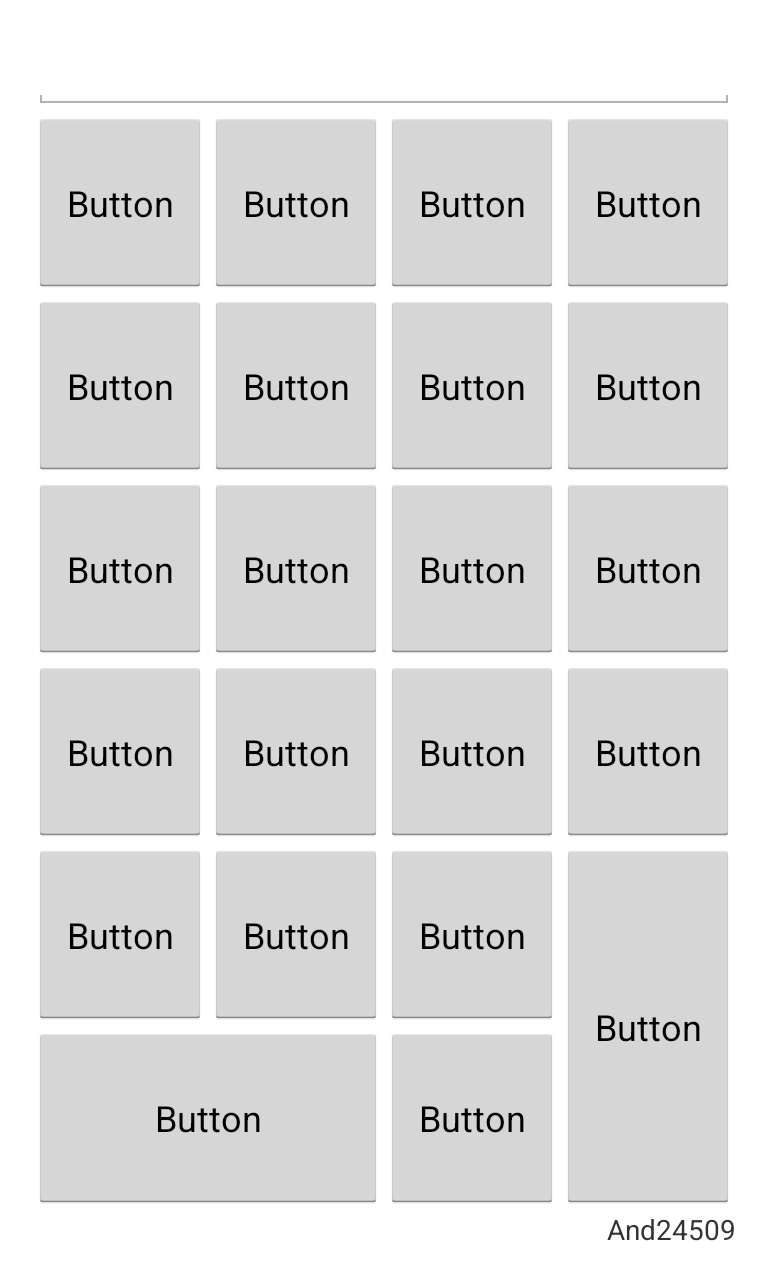
Repository: ericluo1123/myAndroidCode
Layout: myHomeWork/res/layout/activity_main.xml
An editor plug-in stored every save of this project. The layout is shown before and after the next save, followed by the edit.
It is drawn on a 768 x 1280 px phone screen (xhdpi) without system bars, with theme AppTheme; the app's code is not run.

Above is the layout before, as saved 2014-09-30 00:23:35.

### myHomeWork/res/layout/activity_main.xml
<RelativeLayout xmlns:android="http://schemas.android.com/apk/res/android"
    xmlns:tools="http://schemas.android.com/tools"
    android:id="@+id/RelativeLayout1"
    android:layout_width="match_parent"
    android:layout_height="match_parent"
    android:gravity="top"
    android:orientation="vertical"
    android:padding="@dimen/activity_vertical_margin"
    android:paddingBottom="@dimen/activity_vertical_margin"
    android:paddingLeft="@dimen/activity_horizontal_margin"
    android:paddingRight="@dimen/activity_horizontal_margin"
    android:paddingTop="@dimen/activity_vertical_margin"
    tools:context="com.example.myhomework.MainActivity" >

    <EditText
        android:id="@+id/editText1"
        android:layout_width="match_parent"
        android:layout_height="wrap_content"
        android:layout_alignParentLeft="true"
        android:ems="10"
        android:gravity="right" />

    <TextView
        android:id="@+id/textView1"
        android:layout_width="wrap_content"
        android:layout_height="wrap_content"
        android:layout_alignParentBottom="true"
        android:layout_alignParentRight="true"
        android:text="And24509" />

    <LinearLayout
        android:id="@+id/linearLayout1"
        android:layout_width="match_parent"
        android:layout_height="wrap_content"
        android:layout_above="@+id/textView1"
        android:layout_alignLeft="@+id/editText1"
        android:layout_below="@+id/editText1"
        android:orientation="vertical" >

        <LinearLayout
            android:layout_width="match_parent"
            android:layout_height="0dp"
            android:layout_weight="1" >

            <Button
                android:id="@+id/button1"
                android:layout_width="0dp"
                android:layout_height="match_parent"
                android:layout_weight="1"
                android:text="Button" />

            <Button
                android:id="@+id/button2"
                android:layout_width="0dp"
                android:layout_height="match_parent"
                android:layout_weight="1"
                android:text="Button" />

            <Button
                android:id="@+id/button3"
                android:layout_width="0dp"
                android:layout_height="match_parent"
                android:layout_weight="1"
                android:text="Button" />

            <Button
                android:id="@+id/button4"
                android:layout_width="0dp"
                android:layout_height="match_parent"
                android:layout_weight="1"
                android:text="Button" />
        </LinearLayout>

        <LinearLayout
            android:layout_width="match_parent"
            android:layout_height="0dp"
            android:layout_weight="1"
            android:orientation="horizontal" >

            <Button
                android:id="@+id/button5"
                android:layout_width="0dp"
                android:layout_height="match_parent"
                android:layout_weight="1"
                android:text="Button" />

            <Button
                android:id="@+id/button6"
                android:layout_width="0dp"
                android:layout_height="match_parent"
                android:layout_weight="1"
                android:text="Button" />

            <Button
                android:id="@+id/button7"
                android:layout_width="0dp"
                android:layout_height="match_parent"
                android:layout_weight="1"
                android:text="Button" />

            <Button
                android:id="@+id/button8"
                android:layout_width="0dp"
                android:layout_height="match_parent"
                android:layout_weight="1"
                android:text="Button" />
        </LinearLayout>

        <LinearLayout
            android:layout_width="match_parent"
            android:layout_height="0dp"
            android:layout_weight="1" >

            <Button
                android:id="@+id/button9"
                android:layout_width="0dp"
                android:layout_height="match_parent"
                android:layout_weight="1"
                android:text="Button" />

            <Button
                android:id="@+id/button10"
                android:layout_width="0dp"
                android:layout_height="match_parent"
                android:layout_weight="1"
                android:text="Button" />

            <Button
                android:id="@+id/button11"
                android:layout_width="0dp"
                android:layout_height="match_parent"
                android:layout_weight="1"
                android:text="Button" />

            <Button
                android:id="@+id/button12"
                android:layout_width="0dp"
                android:layout_height="match_parent"
                android:layout_weight="1"
                android:text="Button" />
        </LinearLayout>

        <LinearLayout
            android:layout_width="match_parent"
            android:layout_height="0dp"
            android:layout_weight="1" >

            <Button
                android:id="@+id/button13"
                android:layout_width="0dp"
                android:layout_height="match_parent"
                android:layout_weight="1"
                android:text="Button" />

            <Button
                android:id="@+id/button14"
                android:layout_width="0dp"
                android:layout_height="match_parent"
                android:layout_weight="1"
                android:text="Button" />

            <Button
                android:id="@+id/button15"
                android:layout_width="0dp"
                android:layout_height="match_parent"
                android:layout_weight="1"
                android:text="Button" />

            <Button
                android:id="@+id/button16"
                android:layout_width="0dp"
                android:layout_height="match_parent"
                android:layout_weight="1"
                android:text="Button" />
        </LinearLayout>

        <LinearLayout
            android:layout_width="match_parent"
            android:layout_height="0dp"
            android:layout_weight="2"
            android:orientation="horizontal" >

            <LinearLayout
                android:layout_width="0dp"
                android:layout_height="match_parent"
                android:layout_weight="3"
                android:orientation="vertical" >

                <LinearLayout
                    android:layout_width="match_parent"
                    android:layout_height="0dp"
                    android:layout_weight="1" >

                    <Button
                        android:id="@+id/button18"
                        android:layout_width="0dp"
                        android:layout_height="match_parent"
                        android:layout_weight="1"
                        android:text="Button" />

                    <Button
                        android:id="@+id/button20"
                        android:layout_width="0dp"
                        android:layout_height="match_parent"
                        android:layout_weight="1"
                        android:text="Button" />

                    <Button
                        android:id="@+id/button21"
                        android:layout_width="0dp"
                        android:layout_height="match_parent"
                        android:layout_weight="1"
                        android:text="Button" />
                </LinearLayout>

                <LinearLayout
                    android:layout_width="match_parent"
                    android:layout_height="0dp"
                    android:layout_weight="1" >

                    <LinearLayout
                        android:layout_width="0dp"
                        android:layout_height="match_parent"
                        android:layout_weight="2" >

                        <Button
                            android:id="@+id/button19"
                            android:layout_width="match_parent"
                            android:layout_height="match_parent"
                            android:text="Button" />

                    </LinearLayout>

                    <LinearLayout
                        android:layout_width="0dp"
                        android:layout_height="match_parent"
                        android:layout_weight="1" >

                        <Button
                            android:id="@+id/button22"
                            android:layout_width="match_parent"
                            android:layout_height="match_parent"
                            android:text="Button" />

                    </LinearLayout>
                </LinearLayout>

            </LinearLayout>

            <LinearLayout
                android:layout_width="0dp"
                android:layout_height="match_parent"
                android:layout_weight="1"
                android:orientation="vertical" >

                <Button
                    android:id="@+id/button17"
                    android:layout_width="match_parent"
                    android:layout_height="match_parent"
                    android:text="Button" />

            </LinearLayout>
        </LinearLayout>
    </LinearLayout>

</RelativeLayout>

Loaded but not shown: myHomeWork/res/values/styles.xml (common file); myHomeWork/res/values-v11/styles.xml (common file); myHomeWork/res/values-v14/styles.xml (common file); myHomeWork/res/values/dimens.xml (common file); myHomeWork/res/values-w820dp/dimens.xml (common file)

After the next save:
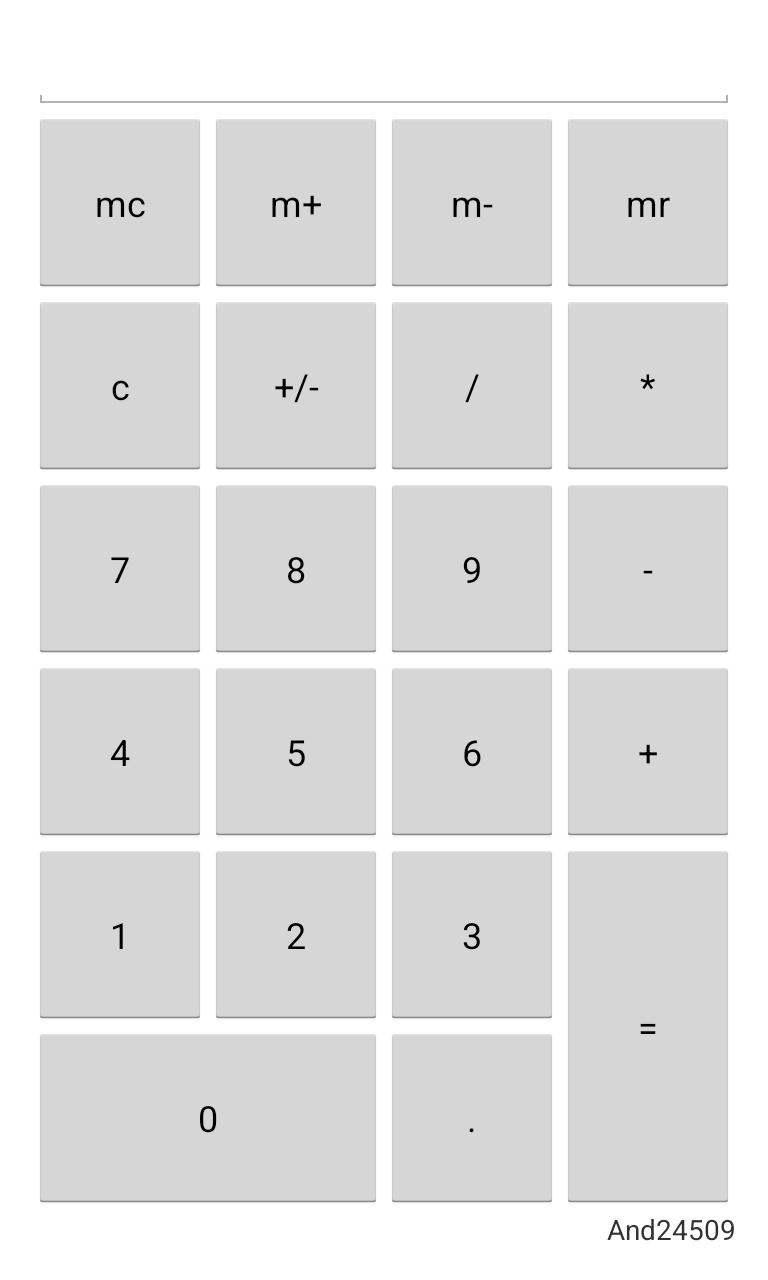
Saved 27 min 3 s later.
--- a/myHomeWork/res/layout/activity_main.xml
+++ b/myHomeWork/res/layout/activity_main.xml
@@ -47,28 +47,28 @@
                 android:layout_width="0dp"
                 android:layout_height="match_parent"
                 android:layout_weight="1"
-                android:text="Button" />
+                android:text="mc" />
 
             <Button
                 android:id="@+id/button2"
                 android:layout_width="0dp"
                 android:layout_height="match_parent"
                 android:layout_weight="1"
-                android:text="Button" />
+                android:text="m+" />
 
             <Button
                 android:id="@+id/button3"
                 android:layout_width="0dp"
                 android:layout_height="match_parent"
                 android:layout_weight="1"
-                android:text="Button" />
+                android:text="m-" />
 
             <Button
                 android:id="@+id/button4"
                 android:layout_width="0dp"
                 android:layout_height="match_parent"
                 android:layout_weight="1"
-                android:text="Button" />
+                android:text="mr" />
         </LinearLayout>
 
         <LinearLayout
@@ -82,28 +82,28 @@
                 android:layout_width="0dp"
                 android:layout_height="match_parent"
                 android:layout_weight="1"
-                android:text="Button" />
+                android:text="c" />
 
             <Button
                 android:id="@+id/button6"
                 android:layout_width="0dp"
                 android:layout_height="match_parent"
                 android:layout_weight="1"
-                android:text="Button" />
+                android:text="+/-" />
 
             <Button
                 android:id="@+id/button7"
                 android:layout_width="0dp"
                 android:layout_height="match_parent"
                 android:layout_weight="1"
-                android:text="Button" />
+                android:text="/" />
 
             <Button
                 android:id="@+id/button8"
                 android:layout_width="0dp"
                 android:layout_height="match_parent"
                 android:layout_weight="1"
-                android:text="Button" />
+                android:text="*" />
         </LinearLayout>
 
         <LinearLayout
@@ -116,28 +116,28 @@
                 android:layout_width="0dp"
                 android:layout_height="match_parent"
                 android:layout_weight="1"
-                android:text="Button" />
+                android:text="7" />
 
             <Button
                 android:id="@+id/button10"
                 android:layout_width="0dp"
                 android:layout_height="match_parent"
                 android:layout_weight="1"
-                android:text="Button" />
+                android:text="8" />
 
             <Button
                 android:id="@+id/button11"
                 android:layout_width="0dp"
                 android:layout_height="match_parent"
                 android:layout_weight="1"
-                android:text="Button" />
+                android:text="9" />
 
             <Button
                 android:id="@+id/button12"
                 android:layout_width="0dp"
                 android:layout_height="match_parent"
                 android:layout_weight="1"
-                android:text="Button" />
+                android:text="-" />
         </LinearLayout>
 
         <LinearLayout
@@ -150,28 +150,28 @@
                 android:layout_width="0dp"
                 android:layout_height="match_parent"
                 android:layout_weight="1"
-                android:text="Button" />
+                android:text="4" />
 
             <Button
                 android:id="@+id/button14"
                 android:layout_width="0dp"
                 android:layout_height="match_parent"
                 android:layout_weight="1"
-                android:text="Button" />
+                android:text="5" />
 
             <Button
                 android:id="@+id/button15"
                 android:layout_width="0dp"
                 android:layout_height="match_parent"
                 android:layout_weight="1"
-                android:text="Button" />
+                android:text="6" />
 
             <Button
                 android:id="@+id/button16"
                 android:layout_width="0dp"
                 android:layout_height="match_parent"
                 android:layout_weight="1"
-                android:text="Button" />
+                android:text="+" />
         </LinearLayout>
 
         <LinearLayout
@@ -196,21 +196,21 @@
                         android:layout_width="0dp"
                         android:layout_height="match_parent"
                         android:layout_weight="1"
-                        android:text="Button" />
+                        android:text="1" />
 
                     <Button
                         android:id="@+id/button20"
                         android:layout_width="0dp"
                         android:layout_height="match_parent"
                         android:layout_weight="1"
-                        android:text="Button" />
+                        android:text="2" />
 
                     <Button
                         android:id="@+id/button21"
                         android:layout_width="0dp"
                         android:layout_height="match_parent"
                         android:layout_weight="1"
-                        android:text="Button" />
+                        android:text="3" />
                 </LinearLayout>
 
                 <LinearLayout
@@ -227,7 +227,7 @@
                             android:id="@+id/button19"
                             android:layout_width="match_parent"
                             android:layout_height="match_parent"
-                            android:text="Button" />
+                            android:text="0" />
 
                     </LinearLayout>
 
@@ -240,7 +240,7 @@
                             android:id="@+id/button22"
                             android:layout_width="match_parent"
                             android:layout_height="match_parent"
-                            android:text="Button" />
+                            android:text="." />
 
                     </LinearLayout>
                 </LinearLayout>
@@ -257,7 +257,7 @@
                     android:id="@+id/button17"
                     android:layout_width="match_parent"
                     android:layout_height="match_parent"
-                    android:text="Button" />
+                    android:text="=" />
 
             </LinearLayout>
         </LinearLayout>
